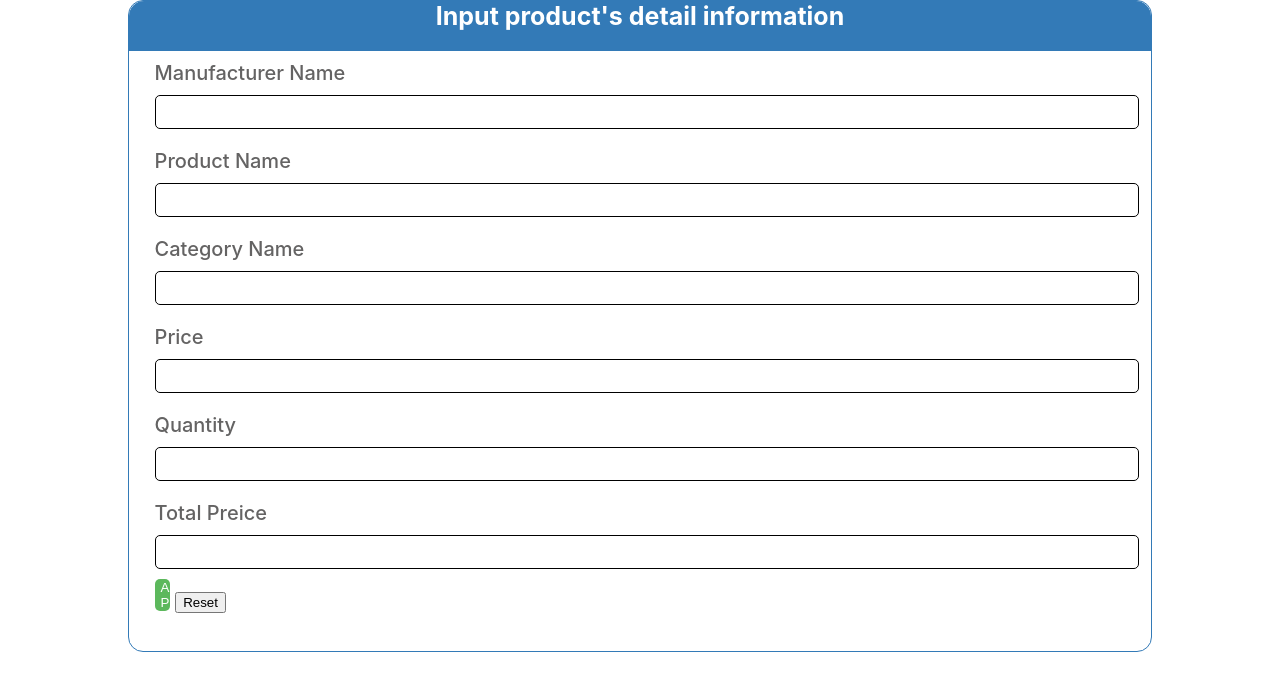
Repository: AnhDuc0125/HTML-Aptech
Page: bt2019/index.html
These files come from the project's save history. The page is drawn as it stood at one moment and after the next save; the edit follows.
The browser window is 1280 px wide. The pictures show the whole page.

Above is the page before, as saved 2021-11-29 20:52:12.

After the next save:
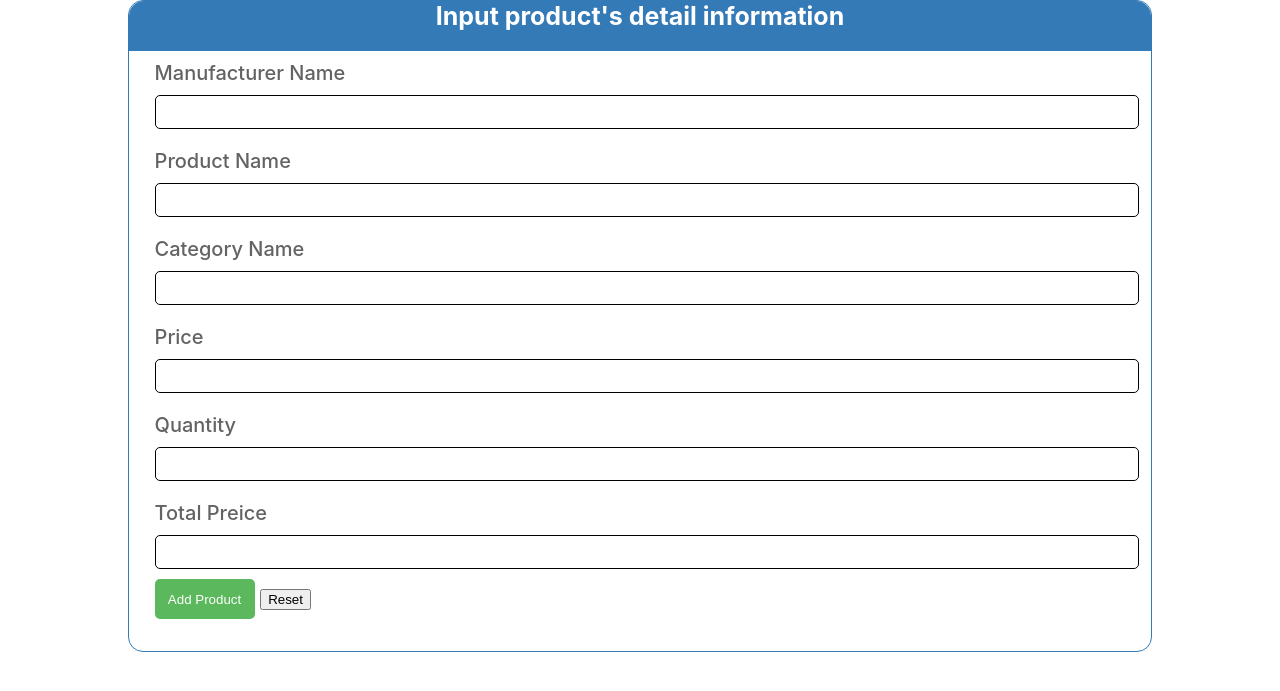
Saved 21 s later.
--- a/bt2019/style.css
+++ b/bt2019/style.css
@@ -50,5 +50,6 @@ input {
     color: white;
     border-radius: 5px;
     border: none;
-    width: 15px;
+    width: 100px;
+    height: 40px;
 }
